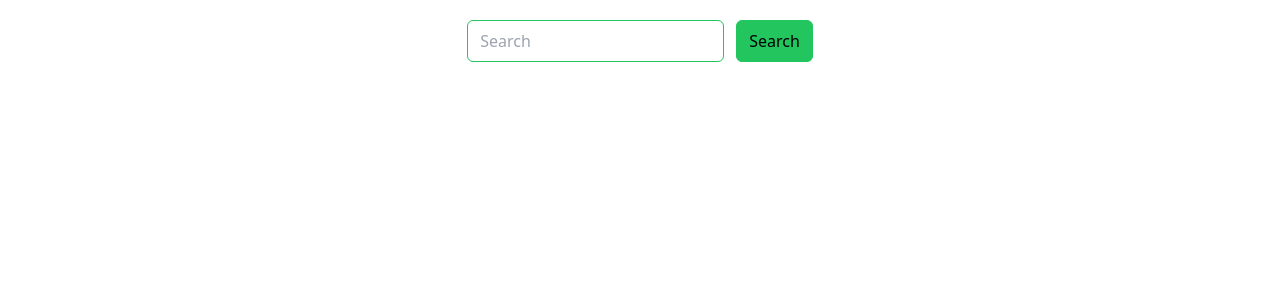
Repository: kimhieu153255/Image-search-app
Page: /
These files come from the project's save history. The page is drawn as it stood at one moment and after the next save; the edit follows.
The browser window is 1280 px wide. The pictures show the whole page.
The page's requests for data from a server got no answer. The project was rebuilt for these pictures with package versions that can differ from the ones it lists, and the page was loaded fresh each time. No one was signed in, and anything a server would have sent is missing. Also part of the build but not shown: vite.config.js, src/Components/Card/Card.jsx.

Above is the page before, as saved 2023-10-27 01:16:26.

### index.html
<!doctype html>
<html lang="en">
  <head>
    <meta charset="UTF-8" />
    <link rel="icon" type="image/svg+xml" href="/vite.svg" />
    <meta name="viewport" content="width=device-width, initial-scale=1.0" />
    <title>20120474-LeKimHieu</title>
  </head>
  <body>
    <div id="root"></div>
    <script type="module" src="/src/main.jsx"></script>
  </body>
</html>

### src/main.jsx
import React from "react";
import ReactDOM from "react-dom/client";
import App from "./App.jsx";
import "./index.css";
import { DataProvider } from "./Components/Contexts/Data.jsx";

ReactDOM.createRoot(document.getElementById("root")).render(
  <React.StrictMode>
    <DataProvider>
      <App />
    </DataProvider>
  </React.StrictMode>
);

### src/App.jsx
import { useContext, useEffect, useState } from "react";
import CardList from "./Components/Card/CardList";
import Search from "./Components/Search/Search";
import { DataContext } from "./Components/Contexts/Data";
import { debounce, set } from "lodash";

function App() {
  const { setDataFuncRef, page } = useContext(DataContext);
  const [isLoading, setIsLoading] = useState(false);

  useEffect(() => {
    const handleScroll = () => {
      const scrollY = window.scrollY || window.pageYOffset;
      const windowHeight = window.innerHeight;
      const viewHeight = document.body.scrollHeight;
      if (scrollY + windowHeight >= viewHeight)
        setDataFuncRef.current(page + 1);
    };
    window.addEventListener("scroll", handleScroll);
    return () => {
      window.removeEventListener("scroll", handleScroll);
    };
  }, [page, setDataFuncRef]);

  return (
    <div className="w-full relative">
      <div className="flex flex-col items-center gap-5 my-5">
        <Search></Search>
        <CardList></CardList>
        {isLoading && (
          <div className="inset-0 backdrop-blur-sm">
            <div className="inline-block h-16 w-16 animate-spin rounded-full border-4 border-solid border-r-transparent align-[-0.125em] text-secondary motion-reduce:animate-[spin_1.5s_linear_infinite] border-blue-500 absolute top-1/2 left-1/2 backdrop-blur-[2px]">
              <span className="!absolute !-m-px !h-px !w-px !overflow-hidden !whitespace-nowrap !border-0 !p-0 ![clip:rect(0,0,0,0)]"></span>
            </div>
          </div>
        )}
      </div>
    </div>
  );
}

export default App;

### src/Components/Contexts/Data.jsx
import { createContext, useRef, useState } from "react";
import AxiosInstance from "../Axios/AxiosInstance";
const DataContext = createContext();

const DataProvider = (props) => {
  const [data, setData] = useState([]);
  const [page, setPage] = useState(1);
  const [search, setSearch] = useState("");
  const setDataFuncRef = useRef();

  const setDataFunc = async (pageTemp) => {
    try {
      const res = await AxiosInstance.get(`&query=${search}&page=${pageTemp}`);
      if (res) {
        const temp = res.data.results.map((item) => {
          return {
            id: item.id,
            alt_description: item.alt_description,
            url: item.urls.thumb,
          };
        });
        if (pageTemp === 1) {
          setData(temp);
          setPage(1);
        } else {
          setData((prev) => [...prev, ...temp]);
          setPage((prev) => prev + 1);
        }
      }
    } catch (err) {
      console.log(err);
    }
  };
  setDataFuncRef.current = setDataFunc;

  const value = {
    data,
    setData,
    search,
    setSearch,
    page,
    setPage,
    setDataFuncRef,
  };
  return <DataContext.Provider value={value} {...props}></DataContext.Provider>;
};

export { DataContext, DataProvider };

### src/Components/Card/CardList.jsx
import { useContext } from "react";
import { DataContext } from "../Contexts/Data";
import Card from "./Card";

const CardList = () => {
  const data = useContext(DataContext);
  return (
    <div className="grid sm:grid-cols-3 md:grid-cols-4 lg:grid-cols-5 gap-3">
      {data.data.map((item, ind) => (
        <Card key={ind} title={item.alt_description} src={item.url}></Card>
      ))}
    </div>
  );
};

export default CardList;

### src/Components/Search/Search.jsx
import { useContext } from "react";
import { DataContext } from "../Contexts/Data";

const Search = () => {
  const { setDataFuncRef, setSearch, search } = useContext(DataContext);
  return (
    <div className="flex gap-3">
      <input
        type="text"
        placeholder="Search"
        className="inline-block px-3 py-2 border border-green-500 rounded-md"
        onChange={(e) => {
          console.log(e.target.value, search);
          setSearch(e.target.value);
        }}
      />
      <button
        type="submit"
        className="px-3 py-2 bg-green-500 border border-green-500 hover:bg-green-600 hover:border-green-600 rounded-md"
        onClick={() => {
          setDataFuncRef.current(1);
        }}
      >
        Search
      </button>
    </div>
  );
};

export default Search;

### src/Components/Axios/AxiosInstance.jsx
import axios from "axios";
import KeyAPI from "../../KeyAPI";

const AxiosInstance = axios.create({
  baseURL: `https://api.unsplash.com/search/photos?client_id=${KeyAPI.Access_Key}&per_page=20`,
});

export default AxiosInstance;

### src/KeyAPI.js
const KeyAPI = {
  Access_Key: "7Lcwlh9DbVauadS0QCdraGyZjRFFbjqd0XSuBE-jzFM",
  Secret_key: "nPKRLW2TfslTWSn-oJcRIoZNJ9j4_6ySiHVUvNd4sGY",
};
export default KeyAPI;

Loaded but not shown: src/index.css (common file); tailwind.config.js (common file)

After the next save:
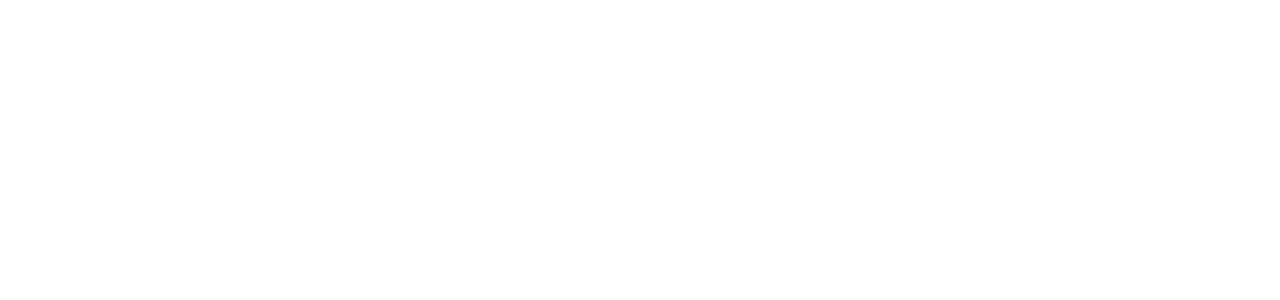
Console error: ReferenceError: isLoading is not defined
Saved 8 s later.
--- a/src/App.jsx
+++ b/src/App.jsx
@@ -2,11 +2,9 @@
 import CardList from "./Components/Card/CardList";
 import Search from "./Components/Search/Search";
 import { DataContext } from "./Components/Contexts/Data";
-import { debounce, set } from "lodash";
 
 function App() {
   const { setDataFuncRef, page } = useContext(DataContext);
-  const [isLoading, setIsLoading] = useState(false);
 
   useEffect(() => {
     const handleScroll = () => {

After the save that followed:
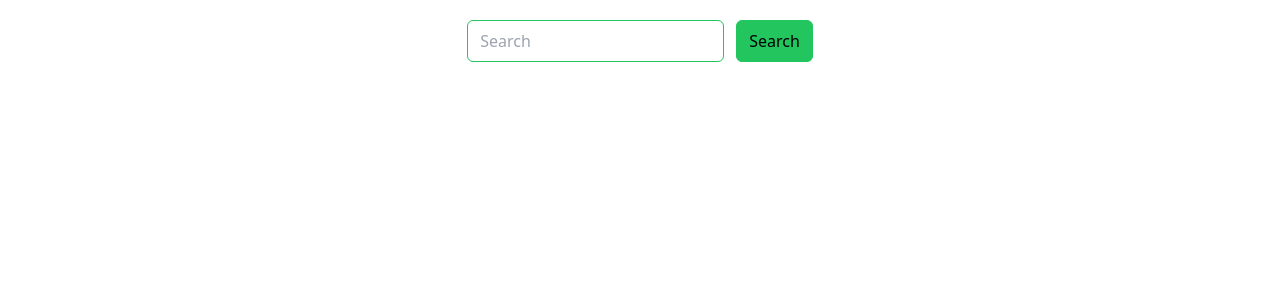
The error is gone.
Saved 10 s later.
--- a/src/App.jsx
+++ b/src/App.jsx
@@ -1,10 +1,10 @@
-import { useContext, useEffect, useState } from "react";
+import { useContext, useEffect } from "react";
 import CardList from "./Components/Card/CardList";
 import Search from "./Components/Search/Search";
 import { DataContext } from "./Components/Contexts/Data";
 
 function App() {
-  const { setDataFuncRef, page } = useContext(DataContext);
+  const { setDataFuncRef, page, isLoading } = useContext(DataContext);
 
   useEffect(() => {
     const handleScroll = () => {
